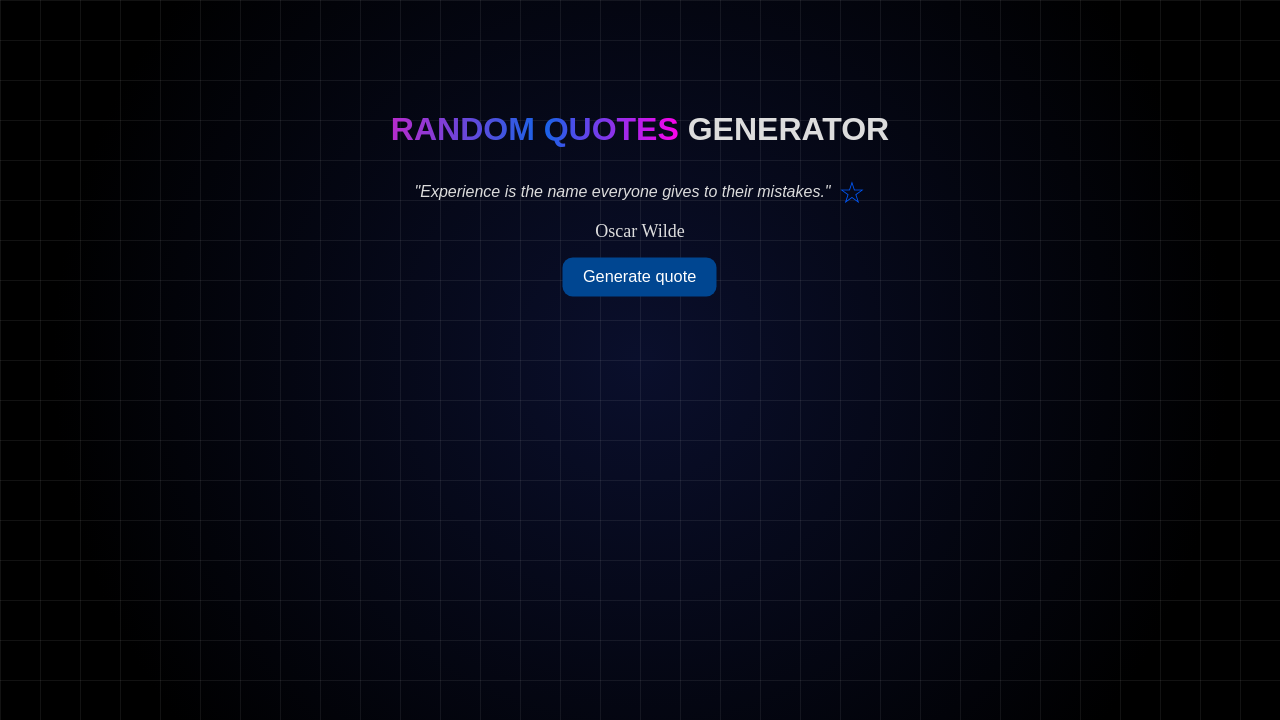
Repository: Adel-la/random-quotes
Page: index.html
An editor plug-in stored every save of this project. The page is shown before and after the next save, followed by the edit.
The browser window is 1280 px wide. The pictures show the whole page.
The pointer rests on the first visible `.btn`.

Above is the page before, as saved 2025-06-25 22:35:43.

After the next save:
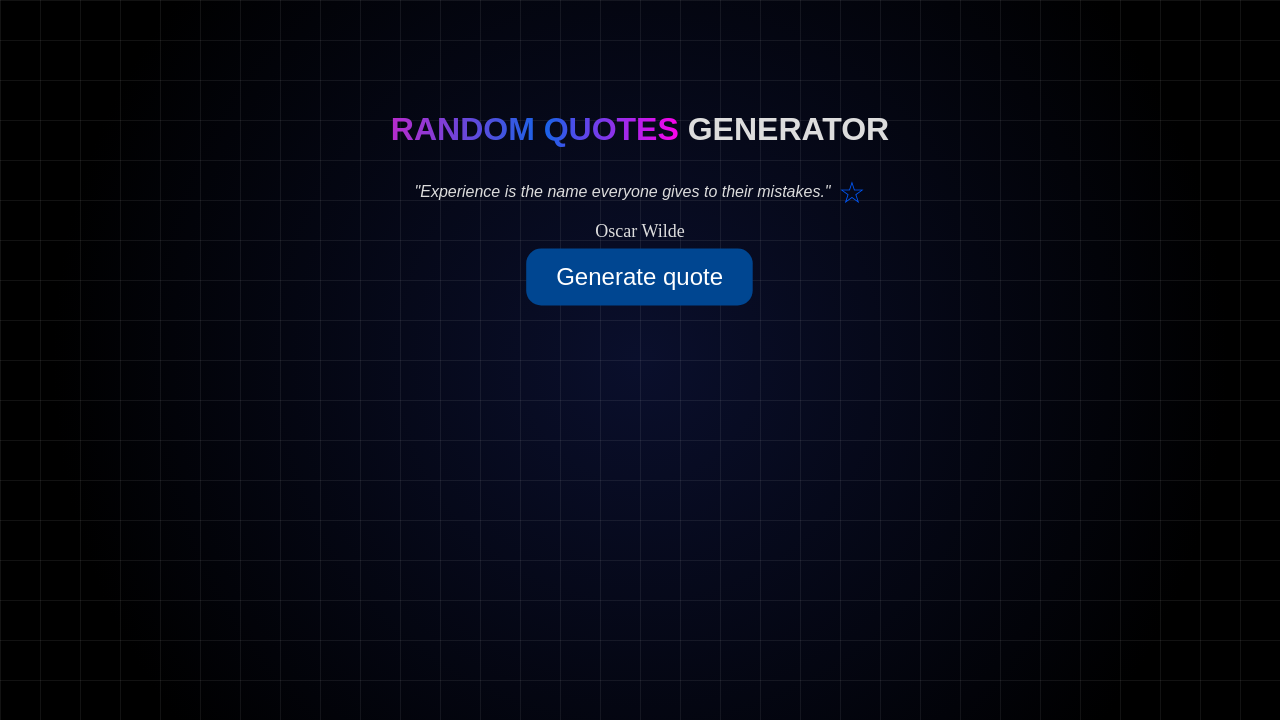
Saved 8 s later.
--- a/styles.css
+++ b/styles.css
@@ -29,7 +29,7 @@ body {
 
 .btn:hover{
   background-color: #004691;
-  transform: scale(1.02);
+  transform: scale(1.5);
 }
 
 .paragraph{
